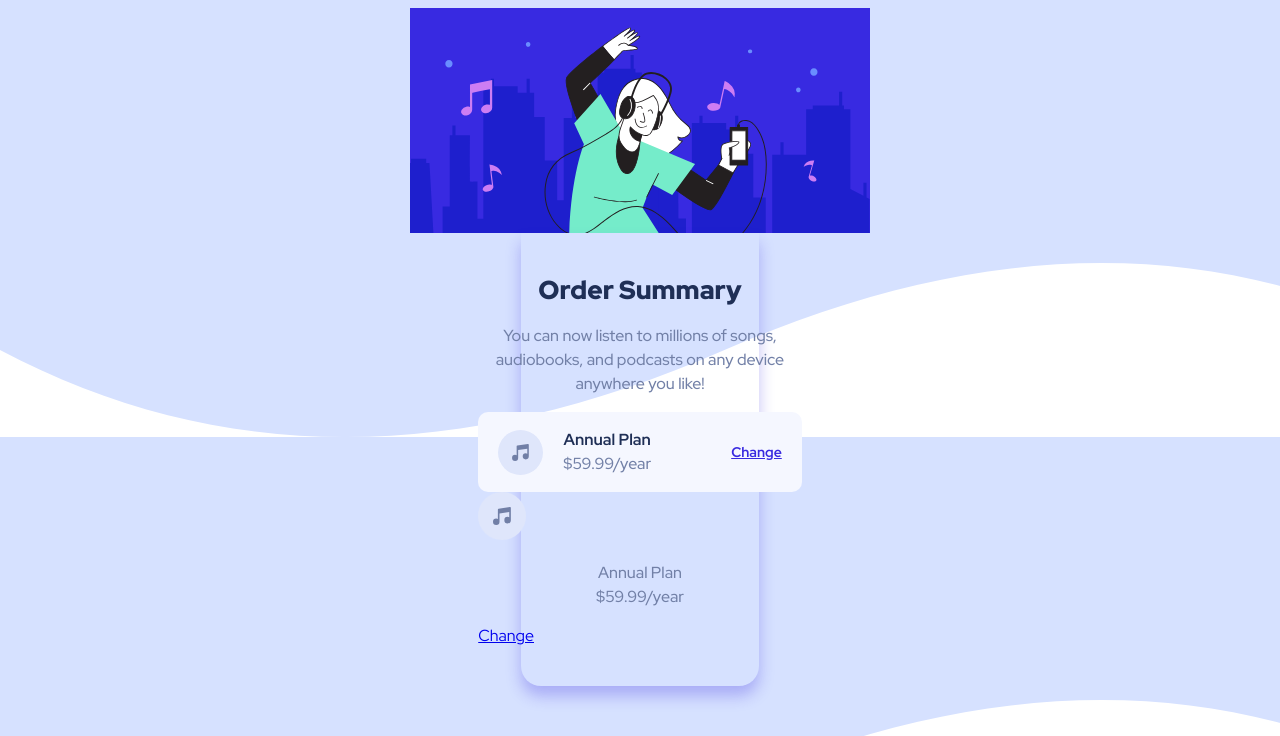
Repository: Pawan-pediredla/frontend-mentors
Page: order-summary-card/order-summary-component-main/markup/index.html
The author's editor kept a copy of each file at every save. The page is drawn from the files as they stood at one save, then again after the next save.
The browser window is 1280 px wide. The pictures show the whole page.

Above is the page before, as saved 2024-06-22 12:17:05.

### order-summary-card/order-summary-component-main/markup/index.html
<!DOCTYPE html>
<html lang="en">
<head>
  <meta charset="UTF-8">
  <meta name="viewport" content="width=device-width, initial-scale=1.0"> <!-- displays site properly based on user's device -->
  <title>Frontend Mentor | Order summary card</title>
  <link
  rel="icon"
  type="image/png"
  sizes="32x32"
  href="favicon-32x32.png"/>
<link rel="stylesheet"  href="../styling/index.css"/>
</head>
<body>
  <section class="image-container">
    <img src="illustration-hero.svg" alt="illustration-hero" />
  </section>
  <div class="container">
    <div class="content">
      <h1>Order Summary</h1>

      <p>
        You can now listen to millions of songs, audiobooks, and podcasts on
        any device anywhere you like!
      </p>

      </p>
      <section class="price">
        <img src="icon-music.svg" alt="icon-music" />
        <p>
          Annual Plan <br />
          <span>$59.99/year</span>
        </p>

        <a href="#">Change</a>
      </section>
      <section class="footer">
        <img src="icon-music.svg" alt="icon-music" />
        <p>
          Annual Plan <br />
          <span>$59.99/year</span>
        </p>
        <a href="#">Change</a>
      </section>
    </div>
  </div>
</body>
</html>

### order-summary-card/order-summary-component-main/styling/index.css
@import url("https://fonts.googleapis.com/css2?family=Red+Hat+Display:ital,wght@0,300..900;1,300..900&display=swap");

.attribution { font-size: 11px; text-align: center; }
    .attribution a { color: hsl(228, 45%, 44%); }
    :root {
        --pale-blue: #e0e8ff;
        --bright-blue: #3829e0;
        --very-pale-blue: #f5f7ff;
        --desaturated-blue: #7280a7;
        --dark-blue: #1f2f56;
      }
      html{
        padding: 0;
        margin: 0;
        -webkit-box-sizing: border-box;
        box-sizing: border-box;
        background-image: url(../images/pattern-background-desktop.svg);
        font-family: "Red Hat Display", sans-serif;
      }
      body{
        display: flex;
        flex-direction: column;
        align-items: center;
        justify-self: center
        ;
        height: 100vh;
      }
      .container{
        display: flex;
        flex-direction: column;
        justify-content: center;
        align-items:center;
    width:  23.5%;

    padding: 30px 30px;
    padding-bottom: 40px;
    border-bottom-left-radius: 20px;
    border-bottom-right-radius: 20px;
    box-shadow: 0px 10px 15px #3829e049;
}
.image-container img {
    width: 100%;
    height: 100%;
    object-fit: fill;
  }

  .content h1 {
    color: var(--dark-blue);
    text-align: center;
    font-size: 26px;
    font-weight: 900;
    margin-top: 10px;
  }

  .content p {
    color: var(--desaturated-blue);
    font-size: 16px;
    text-align: center;
    font-weight: 500;
    line-height: 1.5rem;
  }
  section.price{
    display: grid;
    grid-template-columns: repeat(5,1fr);
    align-items: center;
    gap: 20px;
    width: 100%;
    background: var(--very-pale-blue);
    border-radius: 10px;
  }
  section.price img {
    width: 45px;
    height: 45px;
    padding-left: 20px;
  }
  section.price p {
    font-size: 16px;
    color: var(--dark-blue);
    font-weight: 700;
  }

  section.price p span {
    color: var(--desaturated-blue);
    font-weight: 500;
  }
  section.price a {
    color: var(--bright-blue);
    font-weight: 700;
    font-size: 14px;
    grid-column: 4 / span 1;
    padding-left: 40px;
  }

After the next save:
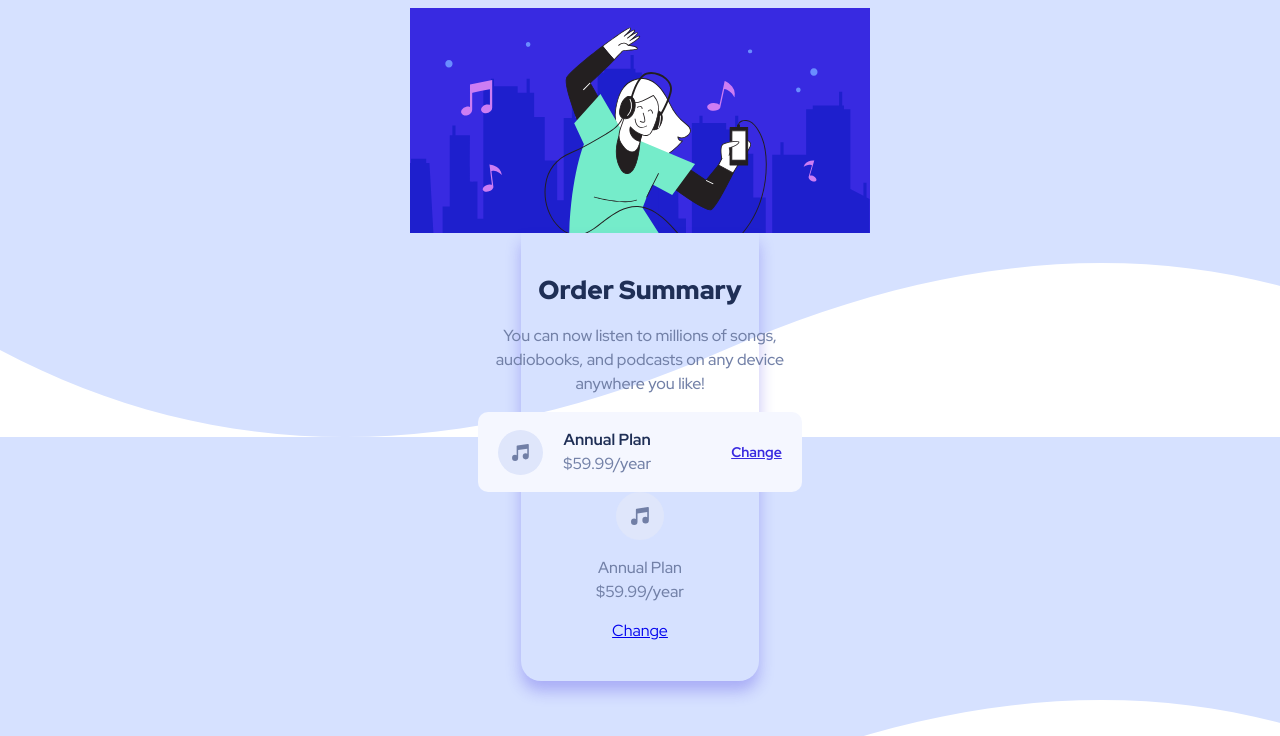
Saved 11 s later.
--- a/order-summary-card/order-summary-component-main/styling/index.css
+++ b/order-summary-card/order-summary-component-main/styling/index.css
@@ -90,3 +90,8 @@
     grid-column: 4 / span 1;
     padding-left: 40px;
   }
+  section.footer {
+    display: flex;
+    flex-direction: column;
+    align-items: center;
+  }
